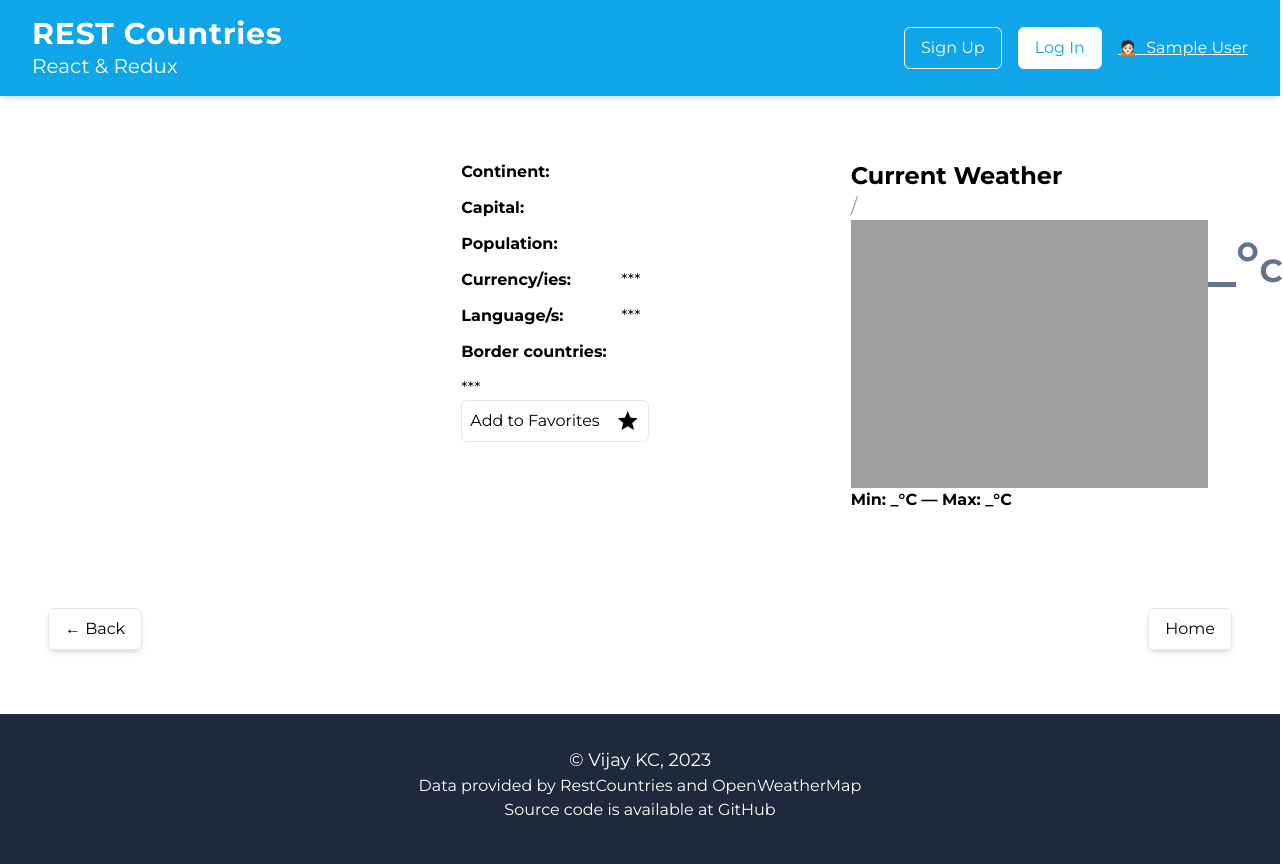
Repository: kcvijay/rest_countries_react_redux
Page: /favorites
An editor plug-in stored every save of this project. The page is shown before and after the next save, followed by the edit.
The browser window is 1280 px wide. The page is 1283 px wide, so the pictures cover 1283 px, including what lies to the right of the window. The pictures show the whole page.
Pictures or frames that could not be fetched are drawn as grey boxes. The page's requests for data from a server got no answer. The project was rebuilt for these pictures with package versions that can differ from the ones it lists, and the page was loaded fresh each time. No one was signed in, and anything a server would have sent is missing. Also part of the build but not shown: src/components/CountryCard.jsx, src/components/Home.jsx, src/components/NotFound.jsx.

Above is the page before, as saved 2023-03-20 20:02:57.

### public/index.html
<!DOCTYPE html>
<html lang="en">
  <head>
    <meta charset="utf-8" />
    <link rel="icon" href="%PUBLIC_URL%/favicon.ico" />
    <meta name="viewport" content="width=device-width, initial-scale=1" />
    <meta name="theme-color" content="#000000" />
    <meta
      name="description"
      content="REST Countries App created with React and Redux"
    />
    <link rel="manifest" href="%PUBLIC_URL%/manifest.json" />
    <link
      href="https://fonts.googleapis.com/icon?family=Material+Icons"
      rel="stylesheet"
    />
    <title>REST Countries App</title>

    <style>
      @import url("https://fonts.googleapis.com/css2?family=Montserrat:wght@400;700&display=swap");
    </style>
  </head>
  <body>
    <noscript>You need to enable JavaScript to run this app.</noscript>
    <div id="root"></div>
  </body>
</html>

### src/index.js
import React from "react";
import ReactDOM from "react-dom/client";
import App from "./App";
import "./index.css";

// Redux
import { store } from "./app/store";
import { Provider } from "react-redux";

const root = ReactDOM.createRoot(document.getElementById("root"));
root.render(
  <Provider store={store}>
    <App />
  </Provider>
);

### src/App.js
import React from "react";
import { BrowserRouter, Routes, Route } from "react-router-dom";

import Layout from "./pages/Layout";
import SingleCountry from "./components/SingleCountry";
import Home from "./components/Home";
import NotFound from "./components/NotFound";

const App = () => {
  return (
    <BrowserRouter>
      <Routes>
        <Route path="/" element={<Layout />}>
          <Route index element={<Home />} />
          <Route path="/:singlecountry" element={<SingleCountry />} />
          <Route path="*" element={<NotFound />} />
        </Route>
      </Routes>
    </BrowserRouter>
  );
};

export default App;

### src/app/store.js
import { configureStore } from "@reduxjs/toolkit";
import countriesReducer from "../features/countries/countriesSlice";
import countryReducer from "../features/countries/countriesSlice";
import weatherReducer from "../features/countries/countriesSlice";

export const store = configureStore({
  reducer: {
    countries: countriesReducer,
    country: countryReducer,
    weather: weatherReducer,
  },
});

### src/pages/Layout.jsx
import React from "react";

import Header from "../components/Header";
import Main from "../components/Main";
import Footer from "../components/Footer";

const Layout = () => {
  return (
    <div className="flex flex-col min-h-[100vh] relative">
      <Header />
      <Main />
      <Footer />
    </div>
  );
};

export default Layout;

### src/components/SingleCountry.jsx
import React, { useEffect } from "react";
import { useNavigate, useParams } from "react-router-dom";
import { useDispatch, useSelector } from "react-redux";
import { showSingleCountry } from "../features/countries/countryAction";
import { getWeather } from "../features/countries/weatherAction";

import loader from "../assets/loader.gif";
import Weather from "./Weather";

const SingleCountry = () => {
  const params = useParams();
  const navigate = useNavigate();
  const dispatch = useDispatch();

  const country = useSelector((state) => state.country.countryData);
  const weather = useSelector((state) => state.weather.weatherData);
  const loading = useSelector((state) => state.country.loading);

  useEffect(() => {
    if (!loading) {
      const fetchCountryData = async () => {
        dispatch(showSingleCountry(params.singlecountry));
        const capital = country[0]?.capital[0];
        console.log(capital);
        dispatch(getWeather(capital, process.env.REACT_APP_APP_ID));
      };
      fetchCountryData();
    }
  }, [dispatch, params]);

  const pageRedirectHandler = (el) => {
    return navigate(`/${el}`, { replace: false });
  };

  if (loading) {
    return (
      <div className="flex justify-center items-center m-16">
        <img className="backdrop" src={loader} alt="Loader animation" />
      </div>
    );
  }

  return (
    <div className="max-w-[1200px] my-16 mx-auto">
      <div className="grid md:grid-cols-2 lg:grid-cols-3 gap-8 mt-8 mx-8">
        <figure>
          <img
            className="shadow-md max-h-[220px] max-w-[320px] "
            src={country[0]?.flags?.svg}
            alt={country[0]?.name?.common}
          />
          <div className="mt-4">
            <h2 className="text-2xl font-bold">{country[0]?.name?.common}</h2>
            <p className="text-xl text-slate-400">
              {country[0]?.name?.official}
            </p>
          </div>
        </figure>

        <div>
          <ul>
            <li>
              <span className="inline-block w-[160px] font-bold mb-3">
                Continent:
              </span>
              {country[0]?.continents}
            </li>
            <li>
              <span className="inline-block w-[160px] font-bold mb-3">
                Capital:
              </span>
              {country[0]?.capital || country[0]?.name.common}
            </li>

            <li>
              <span className="inline-block w-[160px] font-bold mb-3">
                Population:
              </span>
              {country[0]?.population.toLocaleString()}
            </li>
            <li>
              <span className="inline-block w-[160px] font-bold mb-3">
                Currency/ies:
              </span>
              <span className="overflow-x-scroll">
                {country[0]?.currencies
                  ? Object.values(country[0]?.currencies)
                      .map((el) => el.name)
                      .join(", ")
                  : "***"}
              </span>
            </li>
            <li>
              <span className="inline-block w-[160px] font-bold mb-3">
                Language/s:
              </span>
              {country[0]?.languages
                ? Object.values(country[0]?.languages)
                    .map((el) => el)
                    .join(", ")
                : "***"}
            </li>
            <li>
              <span className="inline-block w-[160px] font-bold mb-3">
                Border countries:
              </span>
              <div className="flex flex-wrap justify-start items-center">
                {country[0]?.borders
                  ? country[0]?.borders.map((border) => (
                      <span
                        onClick={() => pageRedirectHandler(border)}
                        key={border}
                        className="bg-sky-500 px-4 py-2 text-white my-2 mr-2 rounded-md shadow-md cursor-pointer text-wrap hover:bg-white hover:text-sky-500 active:shadow-none duration-300"
                      >
                        {border}
                      </span>
                    ))
                  : "***"}
              </div>
            </li>
            <li>
              <button className="flex justify-evenly gap-4 items-center border px-2 py-2 rounded-md">
                <p> Add to Favorites </p>
                <p className="material-icons">star</p>
              </button>
            </li>
          </ul>
        </div>
        <Weather
          name={country[0]?.name.common}
          capital={country[0]?.capital}
          temp={
            weather?.main?.temp
              ? (weather?.main?.temp - 273.15).toFixed(0)
              : "_"
          }
          tempMin={
            weather?.main?.temp_min
              ? (weather?.main?.temp_min - 273.15).toFixed(0)
              : "_"
          }
          tempMax={
            weather?.main?.temp_max
              ? (weather?.main?.temp_max - 273.15).toFixed(0)
              : "_"
          }
          condition={weather?.main?.description}
          icon={weather?.main?.icon}
        />
      </div>
      <div className="flex justify-between mt-24">
        <button
          onClick={() => navigate(-1)}
          className="border py-2 px-4 mx-2 rounded-md shadow-md hover:bg-sky-400 hover:text-white duration-300"
        >
          &larr;&nbsp;Back
        </button>
        <button
          className="border py-2 px-4 mx-2 rounded-md shadow-md hover:bg-sky-400 hover:text-white duration-300"
          onClick={() => navigate("/")}
        >
          Home
        </button>
      </div>
    </div>
  );
};

export default SingleCountry;

### src/features/countries/countriesSlice.js
import { createSlice } from "@reduxjs/toolkit";
import { getWeather } from "./weatherAction";
import { showAllCountries } from "./countriesAction";
import { showSingleCountry } from "./countryAction";

const initialState = {
  loading: false,
  success: false,
  countriesData: [],
  countryData: [],
  weatherData: [],
};

export const countriesSlice = createSlice({
  name: "countries",
  initialState: initialState,
  reducers: {},

  extraReducers: (builder) => {
    builder
      .addCase(showAllCountries.pending, (state) => {
        state.loading = true;
      })
      .addCase(showAllCountries.fulfilled, (state, action) => {
        state.loading = false;
        state.countriesData = action.payload;
        state.success = true;
      })
      .addCase(showSingleCountry.pending, (state) => {
        state.loading = true;
      })
      .addCase(showSingleCountry.fulfilled, (state, action) => {
        state.loading = false;
        state.countryData = action.payload;
        state.success = true;
      })
      .addCase(getWeather.pending, (state) => {
        state.loading = true;
      })
      .addCase(getWeather.fulfilled, (state, action) => {
        state.loading = false;
        state.weatherData = action.payload;
        state.success = true;
      });
  },
});

export default countriesSlice.reducer;

### src/components/Header.jsx
import React from "react";
import { Link } from "react-router-dom";

const Header = () => {
  return (
    <header className="bg-sky-500 flex justify-between items-center py-4 px-8 flex-wrap gap-4 shadow-md sticky top-0 z-999">
      <div>
        <Link to="/">
          <h1 className="text-3xl text-white space-2 font-bold tracking-wide">
            REST Countries
          </h1>
          <p className="text-xl text-white">React & Redux</p>
        </Link>
      </div>
      <div className="flex justify-center items-center gap-4">
        <div>
          <button className="border border-white py-2 px-4 text-white rounded-md mr-4 hover:bg-white hover:text-sky-500 duration-300">
            Sign Up
          </button>
          <button className="border bg-white border-white py-2 px-4 text-sky-500 rounded-md  hover:bg-sky-500 hover:text-white duration-300">
            Log In
          </button>
        </div>
        <p className="text-white underline">🙍🏻 &nbsp;Sample User</p>
      </div>
    </header>
  );
};

export default Header;

### src/components/Main.jsx
import React from "react";

import { Outlet } from "react-router-dom";

const Main = () => {
  return (
    <div className="flex-1">
      <Outlet />
    </div>
  );
};

export default Main;

### src/components/Footer.jsx
import React from "react";
import { Link } from "react-router-dom";

const Footer = () => {
  const date = new Date();
  const year = date.getFullYear();
  return (
    <div className="min-h-[150px] text-center bg-slate-800 text-white py-8">
      <p className="text-lg">&copy; Vijay KC, {year}</p>
      <p>
        Data provided by{" "}
        <Link
          className="hover:underline"
          to="https://restcountries.com"
          target="_blank noreferer"
        >
          RestCountries
        </Link>{" "}
        and{" "}
        <Link
          className="hover:underline"
          to="https://openweatermap.org"
          target="_blank noreferer"
        >
          OpenWeatherMap
        </Link>
      </p>
      <p>
        Source code is available at{" "}
        <Link
          className="hover:underline"
          to="https://github.com"
          target="_blank noreferer"
        >
          GitHub
        </Link>
      </p>
    </div>
  );
};

export default Footer;

### src/features/countries/countryAction.js
import axios from "axios";
import { createAsyncThunk } from "@reduxjs/toolkit";

// For single country

export const showSingleCountry = createAsyncThunk(
  "countries/showAll",
  async (code) => {
    const response = await axios.get(
      `https://restcountries.com/v3.1/alpha/${code}`
    );
    return response.data;
  }
);

### src/features/countries/weatherAction.js
import axios from "axios";
import { createAsyncThunk } from "@reduxjs/toolkit";

export const getWeather = createAsyncThunk(
  "getWeather/city",
  async (city, id) => {
    // const response =
    //   // await axios.get`https://api.openweathermap.org/data/2.5/weather?q=${city}&appid=${id}`;
    // return response.data;
  }
);

### src/components/Weather.jsx
import React from "react";

const Weather = ({
  name,
  capital,
  temp,
  icon,
  tempMax,
  tempMin,
  condition,
}) => {
  return (
    <div>
      <h2 className="text-2xl font-bold">Current Weather</h2>
      <p className="text-xl text-slate-400">
        {name} / {capital}
      </p>

      <div className="flex justify-start">
        <img
          src={`https://openweathermap.org/img/wn/${icon}@2x.png`}
          alt="weather icon"
        />
        <p className="text-[56px] text-slate-500 font-bold">
          {temp}°<span className="text-[32px]">C</span>
        </p>
      </div>
      <p className="capitalize">{condition}</p>

      <p className="text font-bold">
        Min: {tempMin}°C &mdash; Max: {tempMax}°C
      </p>
    </div>
  );
};

export default Weather;

### src/features/countries/countriesAction.js
import axios from "axios";
import { createAsyncThunk } from "@reduxjs/toolkit";

// All countries

export const showAllCountries = createAsyncThunk(
  "countries/showOne",
  async () => {
    const response = await axios.get(`https://restcountries.com/v3.1/all`, {});
    return response.data;
  }
);

### tailwind.config.js
/** @type {import('tailwindcss').Config} */
module.exports = {
  content: ["./src/**/*.{js,jsx,ts,tsx}"],
  theme: {
    fontFamily: {
      sans: ["Montserrat, sans-serif"],
    },
    extend: {},
  },
  plugins: [],
};

Loaded but not shown: src/index.css (common file)

After the next save:
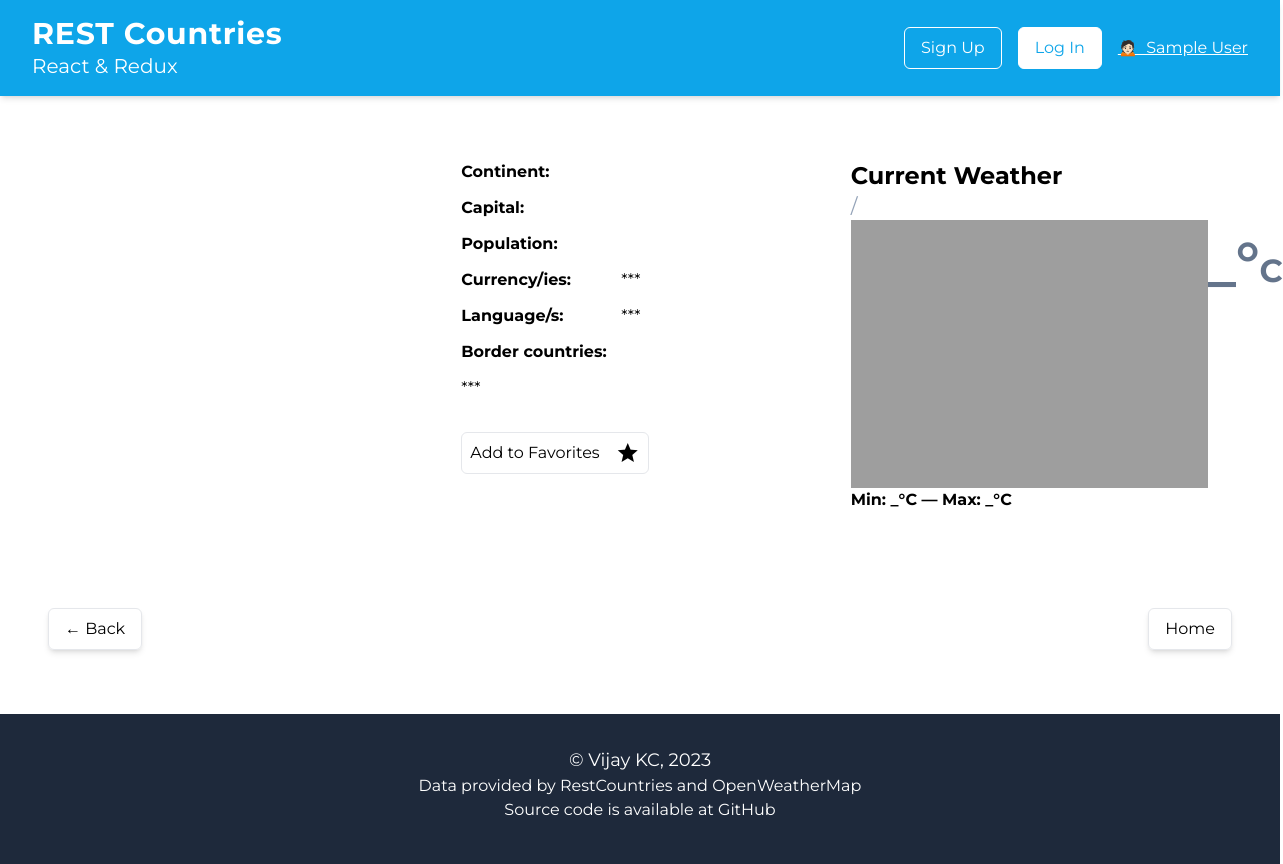
Saved 15 s later.
--- a/src/components/SingleCountry.jsx
+++ b/src/components/SingleCountry.jsx
@@ -119,7 +119,7 @@ const SingleCountry = () => {
               </div>
             </li>
             <li>
-              <button className="flex justify-evenly gap-4 items-center border px-2 py-2 rounded-md">
+              <button className="flex justify-evenly gap-4 items-center border px-2 py-2 rounded-md mt-8">
                 <p> Add to Favorites </p>
                 <p className="material-icons">star</p>
               </button>
